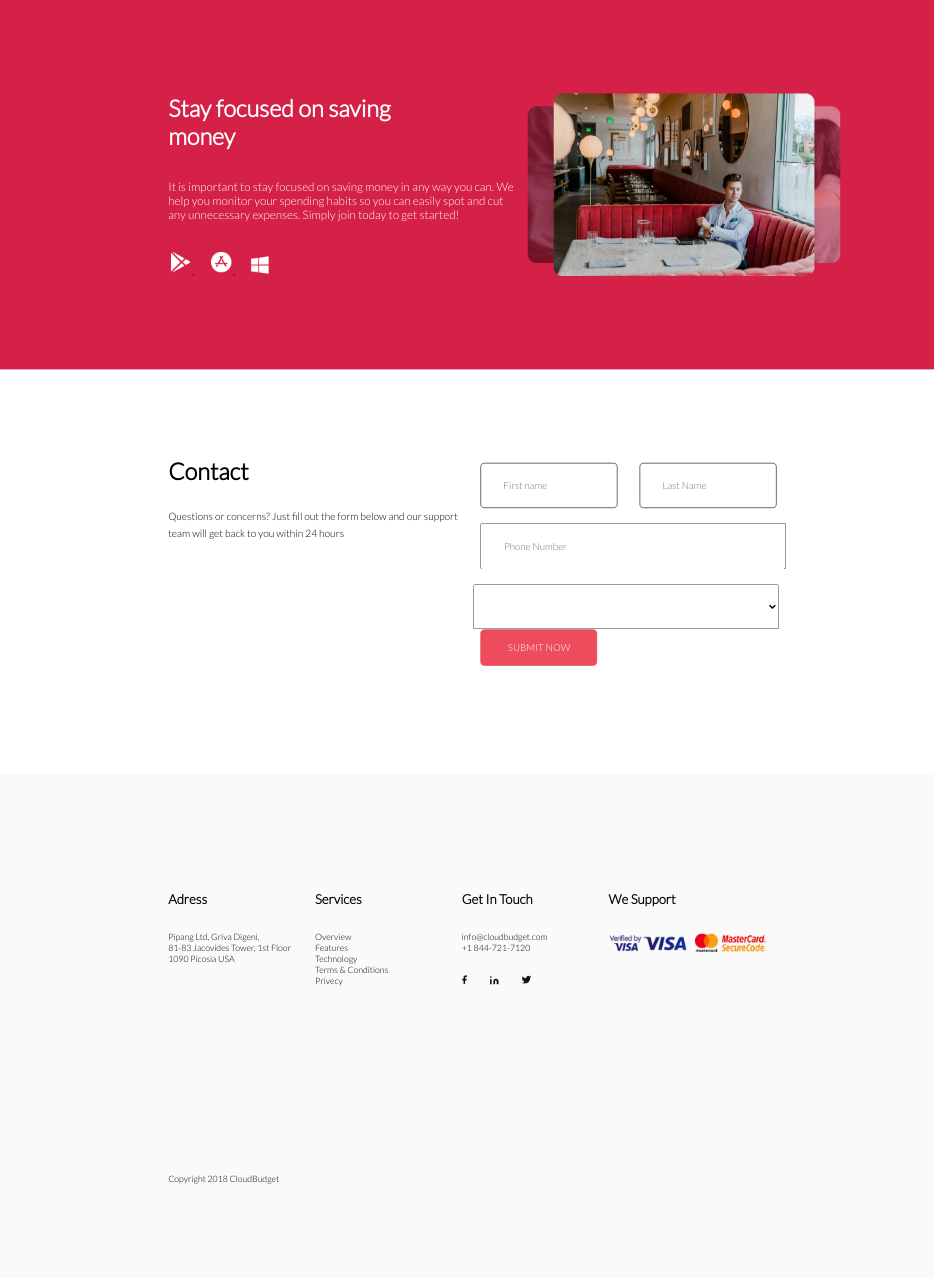
Repository: batonAnton/Cursor_lecture4
Page: index.html
The author's editor kept a copy of each file at every save. The page is drawn from the files as they stood at one save, then again after the next save.
The browser window is 1280 px wide. The pictures show the whole page, at 73% of full size.

Above is the page before, as saved 2022-06-09 16:55:26.

### index.html
<!DOCTYPE html>
<html lang="en">
<head>
    <meta charset="UTF-8">
    <meta http-equiv="X-UA-Compatible" content="IE=edge">
    <meta name="viewport" content="width=device-width, initial-scale=1.0">
    <title>CloudBudget Freebie</title>
    <link rel="preconnect" href="https://fonts.googleapis.com">
    <link rel="preconnect" href="https://fonts.gstatic.com" crossorigin>
    <link href="https://fonts.googleapis.com/css2?family=Lato:wght@300&display=swap" rel="stylesheet">
    <link rel="stylesheet" href="css/style.css">
</head>
<body>
    <div class="full-page">
    <header>
        <div class="info-box">
            <h1>Stay focused on saving <br> money</h1>
            <p>It is important to stay focused on saving money in any way you can. We <br> help you monitor your spending habits so you can easily spot and cut <br> any unnecessary expenses. Simply join today to get started!</p>

            <div class="link_source">
                <a href="https://play.google.com/store/games?hl=uk&gl=US">
                    <img src="/image/icon/google_play.png" alt="icon-google">
                </a>
                <a href="https://www.apple.com/ua/app-store/">
                    <img src="/image/icon/apstore.png" alt="icon-apstore">
                </a>
                <a href="https://www.microsoft.com/uk-ua/software-download/windows10">
                    <img src="/image/icon/windows.png" alt="icon-windows">
                </a>
            </div>
        </div>

        <div class="big_img"></div>
    </header>

    <section>
        <div class="info-box">
            <h1>Contact</h1>
            <p>Questions or concerns? Just fill out the form below and our support <br> team will get back to you within 24 hours</p>
        </div>

        <div class="input-fields">
            <form>
                <div>
                    <input type="text" id="fname" placeholder="First name" name="fname">
                    <input type="text" id="lname" placeholder="Last Name" name="lname">
                </div>

                <input type="number" name="" id="number" placeholder="Phone Number">
                <!-- <input list="standard-select" id="dropdown" placeholder="Select Services" name="service"> <br> -->
                <select id="standard-select" placeholder="Select Services">
                    <option value="Option 1">Option 1</option>
                    <option value="Option 2">Option 2</option>
                    <option value="Option 3">Option 3</option>
                    <option value="Option 4">Option 4</option>
                    <option value="Option 5">Option 5</option>
                  </select>
                <button>submit now</button>


              </form>
        </div>
    </section>

    <footer>
        <div class="all-block">
            <div class="adress-block">
                <h1>adress</h1>
                <p>
                    Pipang Ltd, Griva Digeni,<br>
                    81-83 Jacovides Tower, 1st Floor <br>
                    1090 Picosia USA
                </p>
            </div>

            <div class="services">
                <h1>services</h1>
                <a href="">overview</a>
                <a href="">features</a>
                <a href="">technology</a>
                <a href="">terms & conditions</a>
                <a href="">privecy</a>
            </div>

            <div class="link-social">
                <h1>Get in Touch</h1>
                <a href="">info@cloudbudget.com</a>
                <a href="">+1 844-721-7120</a>

                <div>
                    <a href="">
                        <img src="/image/footer/facebook.png" alt="facebook-link">
                    </a>

                    <a href="">
                        <img src="/image/footer/feather-linkedin.png" alt="linkdn">
                    </a>

                    <a href="">
                        <img src="/image/footer/tweeter.png" alt="tweeter-img">
                    </a>
                </div>
            </div>

            <div class="paymants">
                <h1>We Support</h1>
                <img src="/image/footer/secure-p-1 1.png" alt="img pay">
            </div>
        </div>
        <p class="copyright">Copyright 2018 CloudBudget</p>
    </footer>
    </div>
</body>
</html>

### css/style.css
* {
  font-family: "Lato", sans-serif;
  font-weight: 400;
  margin: 0px;
  padding: 0px;
  box-sizing: border-box;
}

.full-page{
  /* padding:0 5% 0 5%; */
}
h1 {
  font-weight: 600;
}

header {
  width: 100%;
  height: 20%;
  padding: 10%;
  color: #ffffff;
  display: inline-flex;
  background-color: #d52047;
}

.info-box {
  width: 80%;
  margin-left: 10%;
}

.info-box h1{
  font-size: 2rem;
}

.info-box p {
  margin: 40px 0;
  font-size 14px;
}

.link_source a {
  margin-left: -19px;
  padding: 0 20px;
}

.big_img {
  background-image: url("/image/Photo.png");
  width: 70%;
  background-repeat: no-repeat;
  background-position: center;
  background-size: contain;
}

/* Section */
section {
  color: #000000;
  display: inline-flex;
  padding: 10%;
  width: 100%;
}

section .info-box {
  width: 80%;
  color: #000000;
  line-height: 140%;
}

section .info-box h1 {
  font-weight: 600;
  font-size: 2rem;
}

section .info-box p{
  font-size: 14px;
}

#fname,
#lname {
  width: 39%;
  height: 60px;
  border: 1px solid #333333;
  border-radius: 6px;
}

.input-fields input, select {
  width: 80%;
  height: 60px;
  padding: 30px;
}

select{
  margin-left: 20px;
}

form div {
  display: inline-flex;
}
form input,
button {
  margin-left: 30px;
  margin-bottom: 20px;
  /* margin: 0px 0px 30px 10px; */
}

.input-fields {
  /* margin-right: 100px; */
}

button {
  background-color: #ed4c5c;
  color: #ffffff;
  width: 160px;
  height: 50px;
  border: 1.5px solid #ed4c5c;
  border-radius: 6px;
  text-transform: uppercase;
}

footer {
  background-color: #fafafa;
  margin: 0px auto 0px auto;
  font-size: 12px;
}

.all-block {
  display: inline-flex;
  padding: 10% 18%;
  width: 100%;
}


.all-block div {
  width: 30%;
}

footer h1 {
  font-style: normal;
  font-weight: 700;
  line-height: 22px;
  text-transform: capitalize;
  margin-bottom: 33px;
  margin-top: 33px;
  font-size: 18px;
}

.services a,
.link-social a {
  display: grid;
  text-decoration: none;
  color: #000000;
}

.services a {
  text-transform: capitalize;
}

.link-social div {
  display: inline-flex;
}

.link-social div a {
  margin: 30px 30px 0px 0px;
}

.copyright{
  padding: 10% 18%;
}

 .option{
  width: 100%;
}

After the next save:
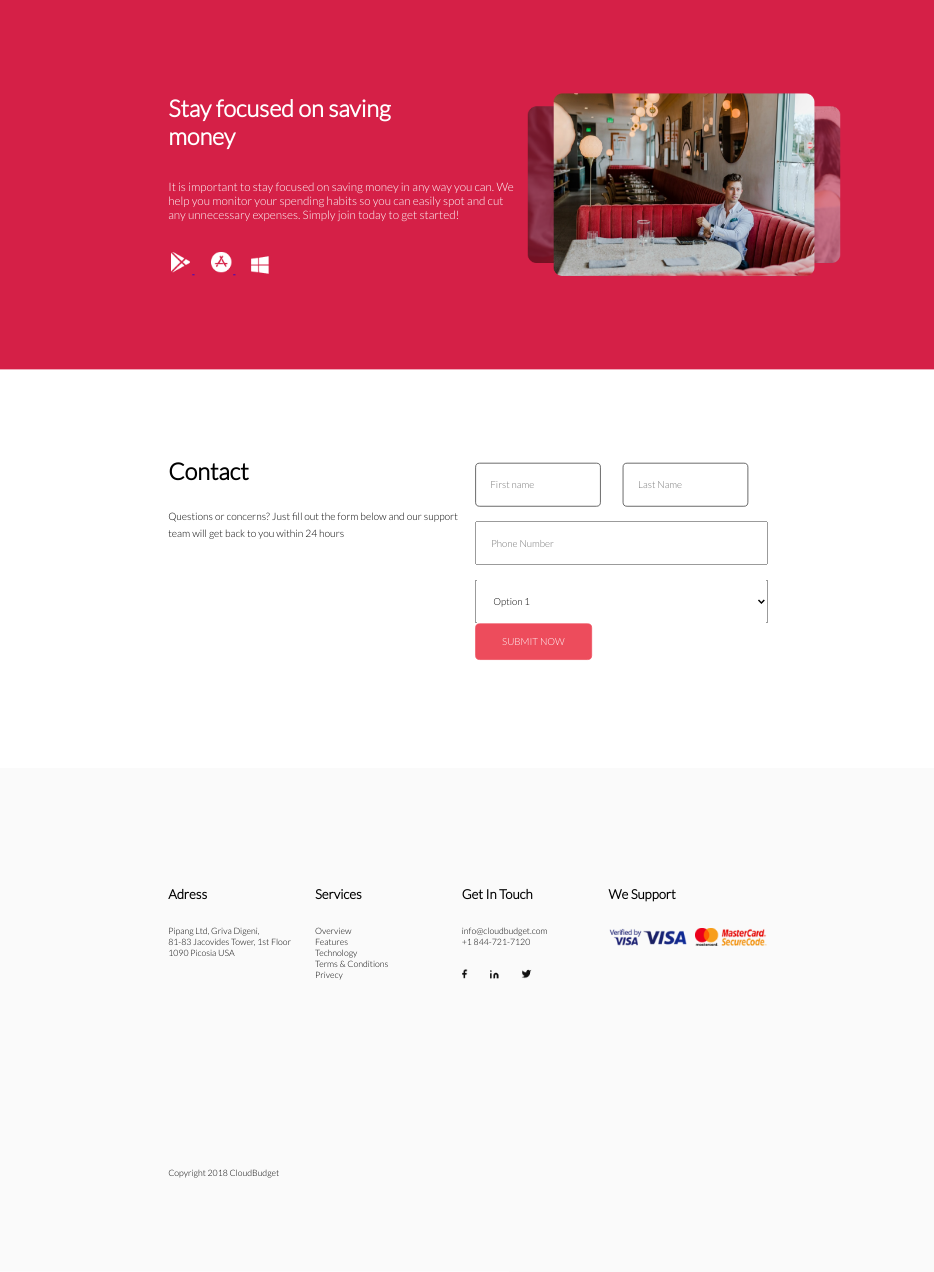
Saved 4 min 46 s later.
--- a/css/style.css
+++ b/css/style.css
@@ -83,12 +83,10 @@ section .info-box p{
 .input-fields input, select {
   width: 80%;
   height: 60px;
-  padding: 30px;
+  padding: 20px;
 }
 
-select{
-  margin-left: 20px;
-}
+
 
 form div {
   display: inline-flex;
@@ -97,7 +95,7 @@ form input,
 button {
   margin-left: 30px;
   margin-bottom: 20px;
-  /* margin: 0px 0px 30px 10px; */
+  margin: 0px 30px 20px 0;
 }
 
 .input-fields {
